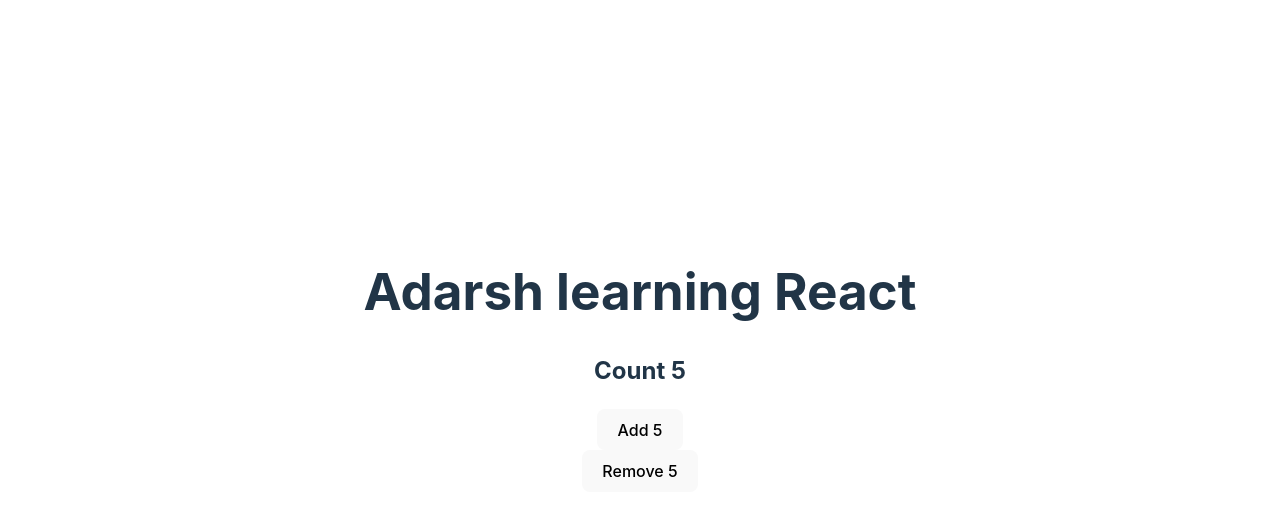
Repository: Adarshjeet0/ReactJs
Page: / (app in customReact/Counter/)
The author's editor kept a copy of each file at every save. The page is drawn from the files as they stood at one save, then again after a run of saves.
The browser window is 1280 px wide. The pictures show the whole page.
The project was rebuilt for these pictures with package versions that can differ from the ones it lists, and the page was loaded fresh each time. Also part of the build but not shown: customReact/Counter/vite.config.js.

Above is the page before, as saved 2024-11-30 21:54:13.

### customReact/Counter/src/App.jsx
import { useState } from 'react'
import reactLogo from './assets/react.svg'
import viteLogo from '/vite.svg'
import './App.css'

function App() {
  const [count, setCount] = useState(0)
  let counter = 5;
  const addValue = ()=>{
    counter++;
    console.log("Value added ", counter);

  }
  return (
    <>

      <h1>Adarsh learning React</h1>
      <h2>Count {counter}</h2>
      <button onClick={addValue}>Add {counter}</button>
      <br />
      <button>Remove {counter}</button>
    </>
  )
}

export default App

Loaded but not shown: customReact/Counter/index.html (common file); customReact/Counter/src/main.jsx (common file); customReact/Counter/src/index.css (common file); customReact/Counter/src/App.css (common file)

After the next 5 saves:
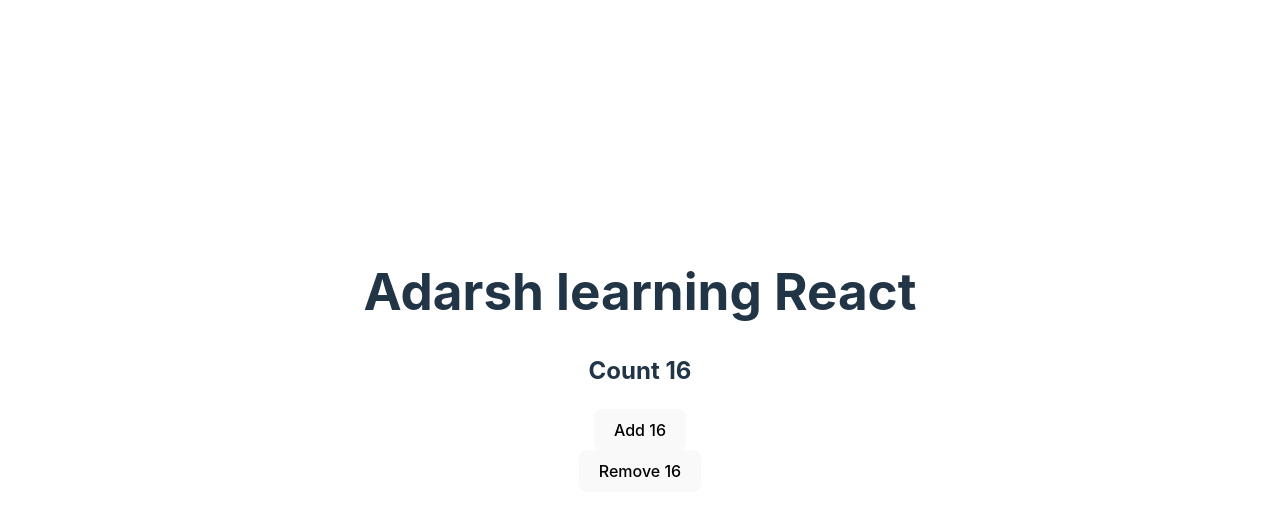
The 5 saves are shown as one change because 1 did not build or start and some came seconds apart.
The last was saved 22 s later.
--- a/customReact/Counter/src/App.jsx
+++ b/customReact/Counter/src/App.jsx
@@ -4,8 +4,8 @@
 import './App.css'
 
 function App() {
-  const [count, setCount] = useState(0)
-  let counter = 5;
+  let [counter, setCounter] = useState(16)
+  // let counter = 5;
   const addValue = ()=>{
     counter++;
     console.log("Value added ", counter);
